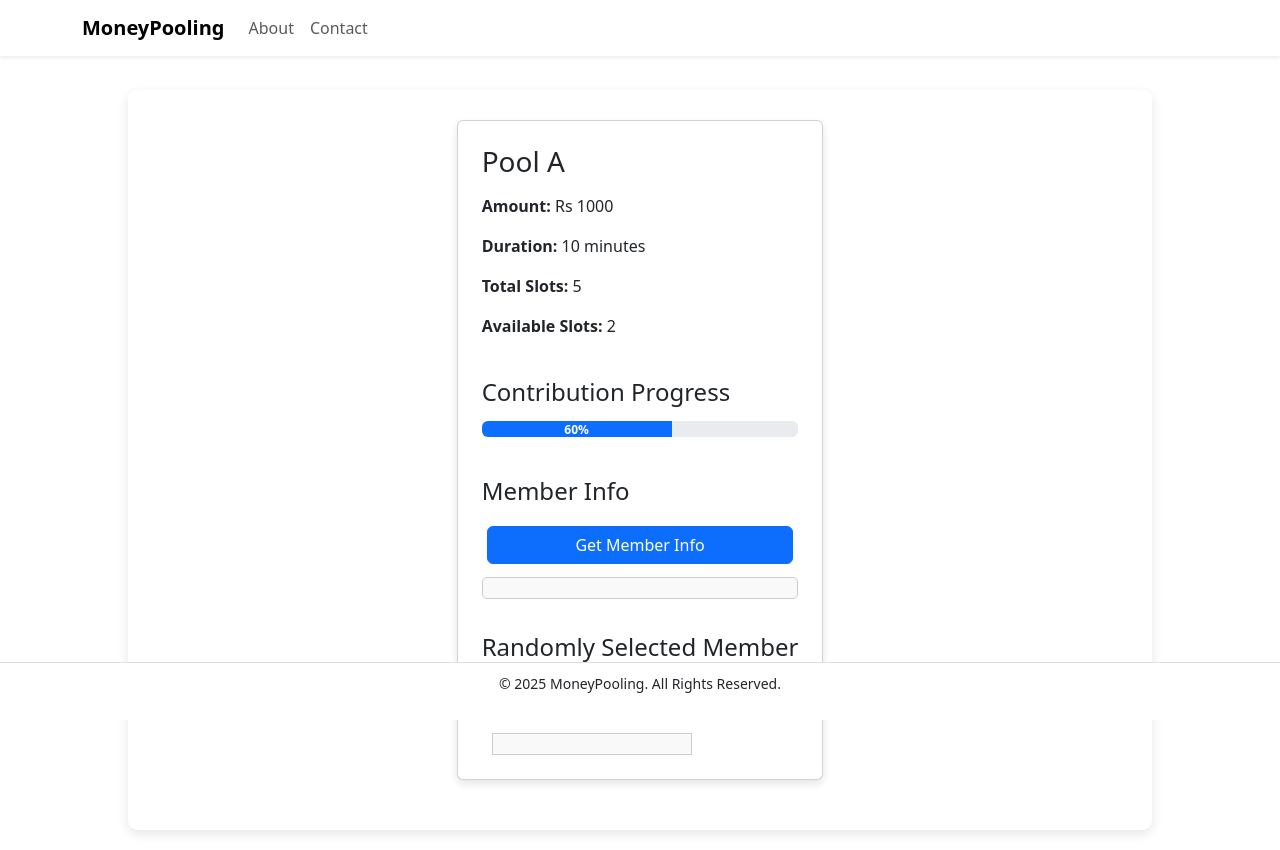
Repository: xxgautm420/MoneyPool
Page: http://localhost/progress
These files come from the project's save history. The page is drawn as it stood at one moment and after the next save; the edit follows.
The browser window is 1280 px wide. The pictures show the whole page.
The page is served by the project's application, run on Flask 3 (app.py). Other server files are loaded and not shown.

Above is the page before, as saved 2025-03-02 14:11:48.

### templates/progress.html
<!DOCTYPE html>
<html lang="en">
<head>
    <meta charset="UTF-8">
    <meta name="viewport" content="width=device-width, initial-scale=1.0">
    <title>Money Pooling</title>

    <!-- External Stylesheets -->
    <link rel="stylesheet" href="{{ url_for('static', filename='Css/progress.css') }}">
    <link href="https://cdn.jsdelivr.net/npm/bootstrap@5.3.0-alpha1/dist/css/bootstrap.min.css" rel="stylesheet">
</head>
<body>

    <!-- Navbar -->
    <nav class="navbar navbar-expand-lg navbar-light bg-white fixed-top shadow-sm">
        <div class="container">
            <a class="navbar-brand fw-bold" href="#">MoneyPooling</a>
            <div class="collapse navbar-collapse">
                <ul class="navbar-nav me-auto mb-2 mb-lg-0">
                    <li class="nav-item">
                        <a class="nav-link" href="#" id="aboutLink">About</a>
                    </li>
                    <li class="nav-item">
                        <a class="nav-link" href="#" id="contactLink">Contact</a>
                    </li>
                </ul>
            </div>
        </div>
    </nav>

    <div id="aboutFormContainer" class="about-container" style="display: none;">
        <div class="about-box">
            <section>
                <h1>About This Project</h1>
                <p>In today's digital age, web applications play a pivotal role in streamlining various processes and enhancing user experiences. This project focuses on developing a web application designed to facilitate a unique and engaging process where members join a slot, contribute a specified amount, and a randomly selected member benefits until all members have been selected. The application aims to provide a seamless and user-friendly experience, ensuring secure login, easy slot selection, and transparent tracking of contributions.</p>
                <p>The project is motivated by the need to create an efficient and reliable system that can manage member contributions and random selections in a fair and transparent manner. By leveraging modern web technologies, the application aims to enhance user engagement and foster a sense of community among members. This document outlines the functional requirements, user interaction flow, technical specifications, and expected outcomes of the project.</p>
                <button id="closeAbout" class="close-button">x</button>
            </section>
        </div>
    </div>

    <div id="contactFormContainer" class="contact-container" style="display: none;">
        <div class="contact-box">
            <section>
                <h1>Contact</h1>
                <form>
                    <label for="name">Name:</label><br>
                    <input type="text" id="name" name="name" placeholder="Your Name"><br><br>
                    <label for="email">Email:</label><br>
                    <input type="email" id="email" name="email" placeholder="Your Email"><br><br>
                    <label for="number">Number:</label><br>
                    <input type="tel" id="number" name="number" placeholder="Your Phone Number"><br><br>
                </form>
                <p><strong>Address:</strong> Your Address Here</p>
                <p><strong>Contact Number:</strong> Your Contact Number Here</p>
                <button id="closeContact" class="close-button">x</button>
            </section>
        </div>
    </div>

    <!-- Main Content -->
     <div class="main-container">
        <div class="card p-4">
            <h3 id="poolName">Pool A</h3>
            <p><strong>Amount:</strong> Rs <span id="poolAmount">1000</span></p>
            <p><strong>Duration:</strong> 10 minutes</p>
            <p><strong>Total Slots:</strong> 5</p>
            <p><strong>Available Slots:</strong> <span id="availableSlots">2</span></p>

            <!-- Contribution Progress -->
            <h4 class="mt-4">Contribution Progress</h4>
            <div class="progress mb-3">
                <div id="progressBar" class="progress-bar" role="progressbar" style="width: 60%">60%</div>
            </div>

            <!-- Member Info Section -->
            <h4 class="mt-4">Member Info</h4>
            <button id="memberInfoButton" class="btn btn-primary" onclick="fetchUsername(1)">Get Member Info</button>
            <div id="usernamePlaceholder" class="username-placeholder mt-2"></div> <!-- Placeholder for username -->

            <!-- Randomly Selected Member Section -->
            <h4 class="mt-4">Randomly Selected Member</h4>
            <button id="randomSelectButton" class="btn btn-success">Select Random Member</button>
            <div id="selectedMemberPlaceholder" class="selected-member-placeholder mt-2"></div> <!-- Placeholder for selected username -->
            <div id="actionButtonContainer"></div>
        </div>

    </div>



    <!-- Footer -->
    <footer class="footer">
        <p>&copy; 2025 MoneyPooling. All Rights Reserved.</p>
    </footer>

    <!-- External JavaScript -->
    <script src="{{ url_for('static', filename='Script/progress.js') }}"></script>
</body>
</html>

### app.py
from flask import Flask, render_template , jsonify
from user import User, db
from config import Config
from auth import auth_bp

app = Flask(__name__)
app.config.from_object(Config)
db.init_app(app)

app.register_blueprint(auth_bp)

@app.route('/')
def home():
    return render_template('index.html')

@app.route('/progress')
def progress():
    return render_template('progress.html')

@app.route('/api/users/top5', methods=['GET'])
def get_top5_users():
    users = User.query.limit(5).all()
    return jsonify([user.username for user in users])

if __name__ == '__main__':
    app.run(debug=True)

### static/Css/progress.css
/* General Page Styling */
body {
    font-family: Arial, sans-serif;
    text-align: center;
    margin: 0;
    background-color: white;
    padding-top: 70px; /* Space for fixed navbar */
    display: flex;
    flex-direction: column;
    min-height: 100vh; /* Ensure the body takes at least the full height of the viewport */
    align-items: center; /* Center items horizontally */
}

/* Navbar */
.navbar {
    box-shadow: 0px 2px 5px rgba(0, 0, 0, 0.1);
    width: 100%; /* Ensure the navbar spans the full width */
}

/* Footer */
footer {
    width: 100%;
    background-color: white;
    text-align: center;
    padding: 10px;
    font-size: 14px;
    border-top: 1px solid #dee2e6;
    position: fixed; /* Ensure footer stays at the bottom */
    bottom: 0;
    left: 0;
    right: 0;
}

/* About Form Container */
.about-container {
    position: fixed;
    top: 50%;
    left: 50%;
    transform: translate(-50%, -50%);
    width: 80%;
    max-width: 600px;
    background-color: white;
    border-radius: 10px;
    box-shadow: 0 4px 8px rgba(0, 0, 0, 0.1);
    overflow: hidden; /* Remove vertical scrolling */
    padding: 20px;
}

.about-box {
    padding: 20px;
}

.about-container h1 {
    margin-top: 0;
}

.about-container p {
    line-height: 1.6;
}

.close-button {
    position: absolute;
    top: 10px;
    right: 10px;
    background-color: #f44336;
    color: white;
    border: none;
    border-radius: 50%;
    width: 30px;
    height: 30px;
    cursor: pointer;
    font-size: 16px;
}

.close-button:hover {
    background-color: #d32f2f;
}

/* Contact Form Container */
.contact-container {
    position: fixed;
    top: 50%;
    left: 50%;
    transform: translate(-50%, -50%);
    width: 80%;
    max-width: 600px;
    background-color: white;
    border-radius: 10px;
    box-shadow: 0 4px 8px rgba(0, 0, 0, 0.1);
    overflow: hidden; /* Remove vertical scrolling */
    padding: 20px;
}

.contact-container h1 {
    margin-top: 0;
}

.contact-container form {
    margin-top: 20px;
}

.contact-container input,
.contact-container textarea {
    width: 100%;
    padding: 10px;
    margin-top: 5px;
    margin-bottom: 10px;
    border-radius: 5px;
    border: 1px solid #ccc;
}

.contact-container p {
    line-height: 1.6;
    margin-top: 10px;
}

/* Main Container */
.main-container {
    width: 80%;
    max-width: 1200px; /* Increase max-width to fit more content */
    margin: 20px auto;
    padding: 30px;
    background-color: #fff;
    border-radius: 10px;
    box-shadow: 0 4px 12px rgba(0, 0, 0, 0.1);
    flex: 1; /* Allow the container to grow and take available space */
    overflow: hidden; /* Remove vertical scrolling */
    display: flex;
    flex-direction: column; /* Stack the elements vertically */
    align-items: center; /* Center items horizontally */
    justify-content: center; /* Center items vertically within the container */
}

/* Member Section */
.member-section {
    display: flex;
    align-items: center; /* Align items vertically centered within the container */
    justify-content: center; /* Align items horizontally centered within the container */
    margin-top: 20px;
}

.card {
    padding: 20px;
    border: 1px solid #dee2e6;
    border-radius: 10px;
    background-color: #ffffff;
    box-shadow: 0 4px 8px rgba(0, 0, 0, 0.1);
    margin-bottom: 20px; /* Add spacing between cards */
}

.card h3, .card h4 {
    margin-bottom: 15px;
}

.progress {
    height: 25px;
}

.progress-bar {
    background-color: #28a745; /* Green background for progress bar */
    color: white;
    font-weight: bold;
    line-height: 25px; /* Vertically center the text within the progress bar */
}

.list-group-item {
    padding: 10px;
    border: 1px solid #dee2e6;
    margin-bottom: 5px;
}

.btn {
    margin: 5px;
    padding: 10px 20px;
    font-size: 16px;
    border-radius: 5px;
    border: none;
}

.btn-success {
    background-color: #28a745;
    color: white;
}

.btn-success:hover {
    background-color: #218838;
}

.mt-4 {
    margin-top: 1.5rem;
}

.mt-5 {
    margin-top: 3rem;
}

.mb-3 {
    margin-bottom: 1rem;
}

.mb-4 {
    margin-bottom: 1.5rem;
}

.text-center {
    text-align: center;
}

.username-placeholder {
    padding: 10px;
    border: 1px solid #ccc;
    border-radius: 5px;
    background-color: #f9f9f9;
    max-width: 400px;
    margin: 10px 0;
}

.username-item {
    padding: 5px;
    border-bottom: 1px solid #ddd;
    font-family: Arial, sans-serif;
    font-size: 14px;
}

.username-item:last-child {
    border-bottom: none;
}

.selected-member-placeholder {
    display: inline-block;
    margin-left: 10px; /* Adjust the space between the button and the placeholder */
    padding: 10px;
    border: 1px solid #ccc;
    background-color: #f9f9f9;
    width: 200px; /* Adjust the width as needed */
    vertical-align: middle; /* Aligns vertically with the button */
}

### static/Script/progress.js
document.addEventListener("DOMContentLoaded", () => {
    const memberInfoButton = document.getElementById("memberInfoButton");
    const usernamePlaceholder = document.getElementById("usernamePlaceholder");
    const randomSelectButton = document.getElementById("randomSelectButton");
    const selectedMemberPlaceholder = document.getElementById("selectedMemberPlaceholder");
    const actionButtonContainer = document.getElementById("actionButtonContainer");

    let usernames = [];
    let selectedUsernames = new Set();

    // Assume this is the logged-in user's username
    const loggedInUsername = 'user5'; // Replace with dynamic username if available

    // Fetch and display top 5 users
    memberInfoButton.addEventListener("click", () => {
        fetch('/api/users/top5')
            .then(response => response.json())
            .then(data => {
                usernames = data;
                usernamePlaceholder.innerHTML = usernames
                    .map(user => `<div class="username-item">${user}</div>`)
                    .join('');
            })
            .catch(error => {
                console.error('Error fetching user data:', error);
                usernamePlaceholder.innerHTML = 'An error occurred';
            });
    });

    // Randomly select and display a member
    randomSelectButton.addEventListener("click", () => {
        if (selectedUsernames.size >= usernames.length) {
            selectedMemberPlaceholder.innerHTML = 'All members have been selected.';
            actionButtonContainer.innerHTML = ''; // Clear action buttons
            return;
        }

        let remainingUsers = usernames.filter(user => !selectedUsernames.has(user));
        let randomIndex = Math.floor(Math.random() * remainingUsers.length);
        let selectedUser = remainingUsers[randomIndex];

        selectedUsernames.add(selectedUser);

        selectedMemberPlaceholder.innerHTML = `Selected Member: ${selectedUser}`;

        // Update action buttons based on selected user
        updateActionButtons(selectedUser);

        // Continue selecting after 5 seconds
        setTimeout(() => {
            randomSelectButton.click();
        }, 5000);
    });

    // Function to update action buttons
    function updateActionButtons(selectedUser) {
        actionButtonContainer.innerHTML = ''; // Clear previous buttons

        let button = document.createElement('button');
        button.className = 'btn';

        if (selectedUser === loggedInUsername) {
            // If the selected user is the logged-in user, show "Withdraw" button
            button.textContent = 'Withdraw';
            button.classList.add('btn-warning');
            button.addEventListener('click', () => {
                // Implement withdraw functionality here
                alert('Withdraw action triggered.');
            });
        } else {
            // If the selected user is someone else, show "Pay" button
            button.textContent = 'Pay';
            button.classList.add('btn-success');
            button.addEventListener('click', () => {
                // Implement pay functionality here
                alert('Pay action triggered.');
            });
        }

        actionButtonContainer.appendChild(button);
    }
});

After the next save:
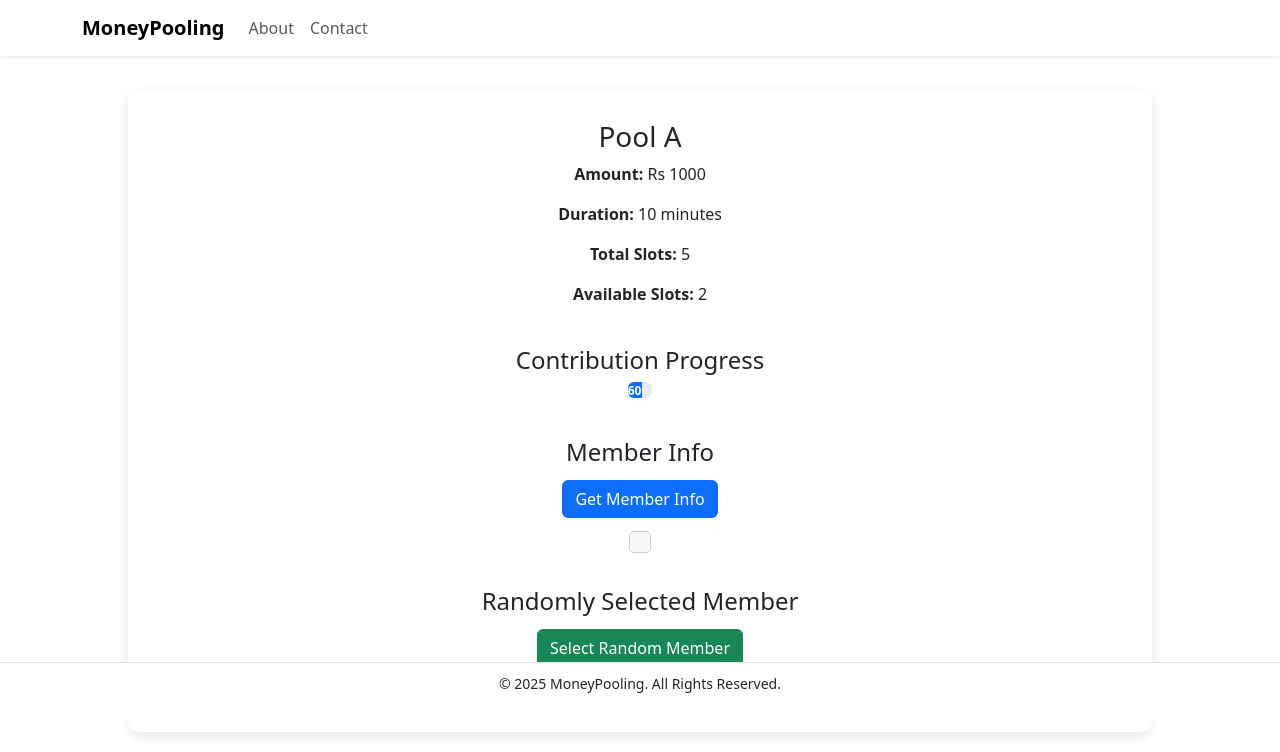
Saved 45 s later.
--- a/templates/progress.html
+++ b/templates/progress.html
@@ -60,7 +60,7 @@
 
     <!-- Main Content -->
      <div class="main-container">
-        <div class="card p-4">
+
             <h3 id="poolName">Pool A</h3>
             <p><strong>Amount:</strong> Rs <span id="poolAmount">1000</span></p>
             <p><strong>Duration:</strong> 10 minutes</p>

After the 3 saves that followed:
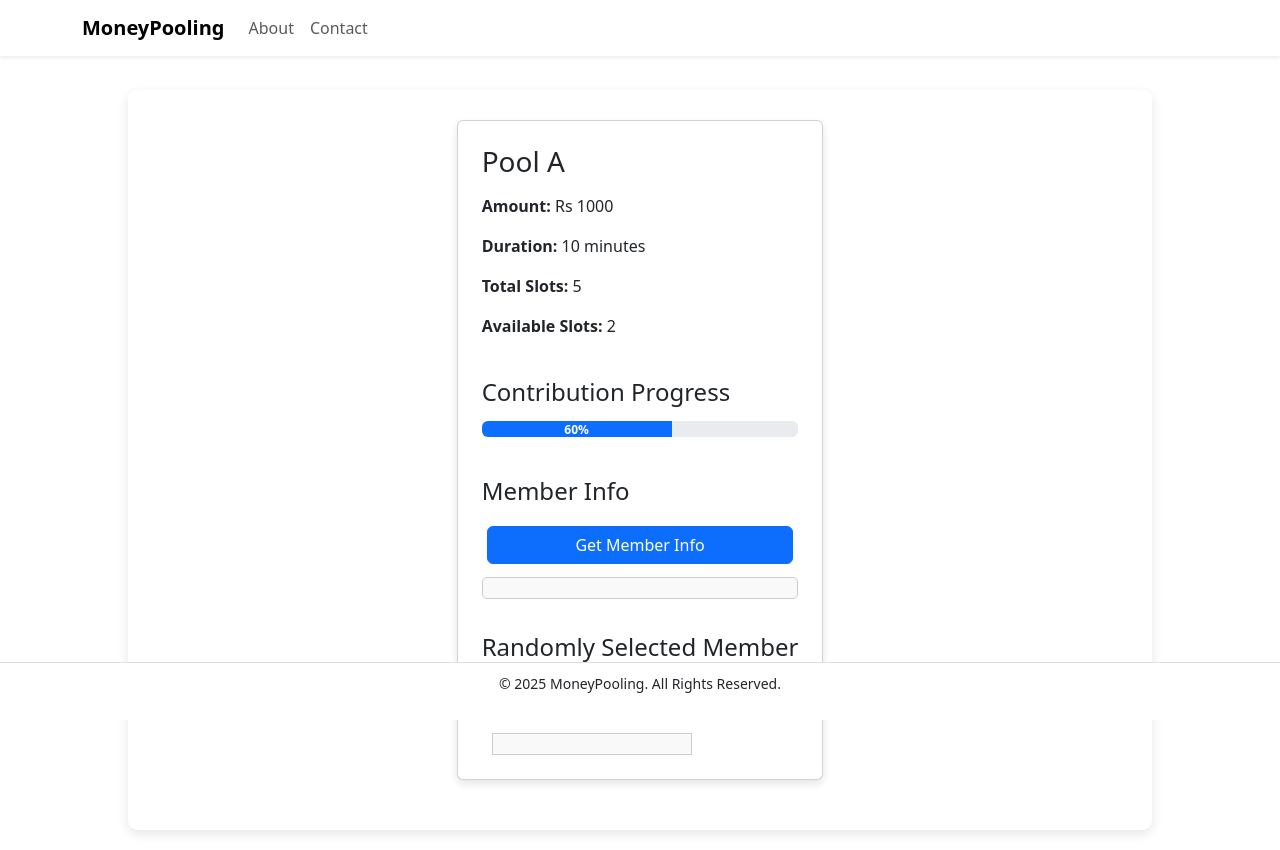
The 3 saves are shown as one change because 1 left the picture as it was and some came seconds apart.
The last was saved 33 s later.
--- a/templates/progress.html
+++ b/templates/progress.html
@@ -60,7 +60,7 @@
 
     <!-- Main Content -->
      <div class="main-container">
-
+        <div class="card p-4">
             <h3 id="poolName">Pool A</h3>
             <p><strong>Amount:</strong> Rs <span id="poolAmount">1000</span></p>
             <p><strong>Duration:</strong> 10 minutes</p>
